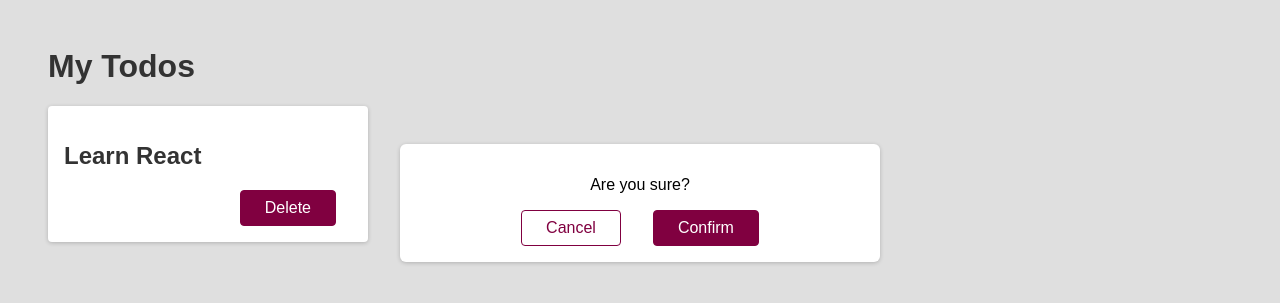
Repository: peterclermy232/React-simple-project
Page: /
The author's editor kept a copy of each file at every save. The page is drawn from the files as they stood at one save, then again after the next save.
The browser window is 1280 px wide. The pictures show the whole page.
The project was rebuilt for these pictures with package versions that can differ from the ones it lists, and the page was loaded fresh each time.

Above is the page before, as saved 2022-01-17 21:47:22.

### src/index.js
import React from 'react';
import ReactDOM from 'react-dom';
import './index.css';
import App from './App';


ReactDOM.render(<App />,document.getElementById('root')
);

### src/index.css
*{
  box-sizing: border-box;
}

body{
  font-family: sans-serif;
  margin: 3rem;
  background-color: #dfdfdf;
}

h1,h2{
  color: #333333;
}
.btn{
  font: inherit;
  padding: 0.5rem 1.5rem;
  cursor: pointer;
  border-radius: 4px;
  background-color: #800040;
  color: white;
  border: 1px solid #800040;
  margin: 0 1rem;
}

.btn:hover{
  background-color: #9c1458;
  border-color: #9c1458;
}
.btn--alt{
  background-color: transparent;
  color: #800040;
}
.btn--:hover{
  background-color: #f8dae9;
}
.card{
  background-color: white;
  border-radius: 4px;
  box-shadow: 0 1px 4px rgba(0,0,0,0.2);
  padding: 1rem;
  width: 20rem;
}
.actions{
  text-align: right;
}
.modal{
  box-shadow: 0 1px 4px rgba(0,0,0,0.2);
  border-radius: 6px;
  background-color: white;
  padding: 1rem;
  text-align: center;
  width: 30rem;
  z-index: 10;
  position: fixed;
  top: 20vh;
  left: calc(50% - 15rem);
}
.backdrop{
  position: fixed;
  z-index: 1;
  background-color: rgba(0,0,0,0.75);
  width: 100%;
}

### src/App.js

import './index.css';
import Todo from './components/Todo';
import Modal from './components/Modal';
import Backdrop from './components/Backdrop';

function App() {
  return (
    <div>
      <h1>My Todos</h1>
      <Todo text="Learn React" />
      <Modal />
      <Backdrop />
    </div>
  );
}

export default App;

### src/components/Todo.js
import {useState,React} from 'react'


function Todo(props) {
  const [ modalIsOpen, setModalIsOpen ] = useState(false);

    function deleteHandler(){
        setModalIsOpen(true);
    }

    return (
        <div className='card'>
    <h2>{props.text}</h2>
    <div className="actions">
      <button className="btn" onClick={deleteHandler}>Delete</button>
    </div>
    </div>
    );
}

export default Todo

### src/components/Modal.js
import React from 'react'

function Modal() {
    return (
        <div className='modal'>
            <p>Are you sure?</p>
            <button className='btn btn--alt'>Cancel</button>
            <button className='btn'>Confirm</button>
        </div>
    );
}

export default Modal

### src/components/Backdrop.js
import React from 'react'

function Backdrop() {
    return (
        <div className='backdrop' />
    )
}

export default Backdrop

Loaded but not shown: public/index.html (common file)

After the next save:
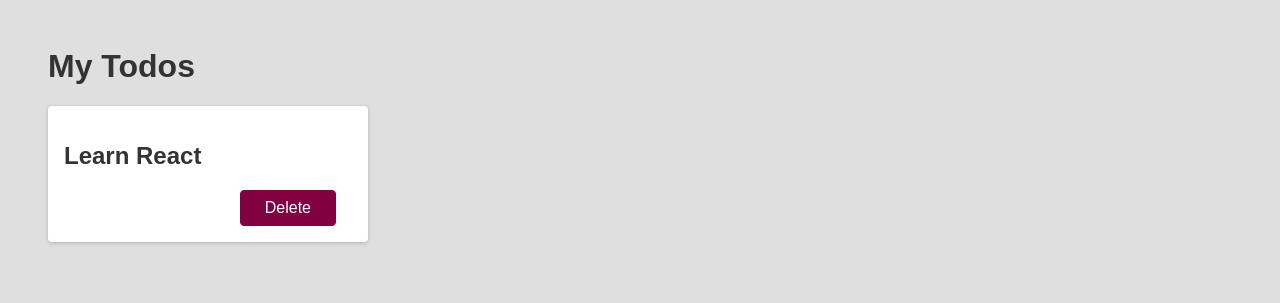
Saved 27 s later.
--- a/src/App.js
+++ b/src/App.js
@@ -9,8 +9,8 @@ function App() {
     <div>
       <h1>My Todos</h1>
       <Todo text="Learn React" />
-      <Modal />
-      <Backdrop />
+
+
     </div>
   );
 }
